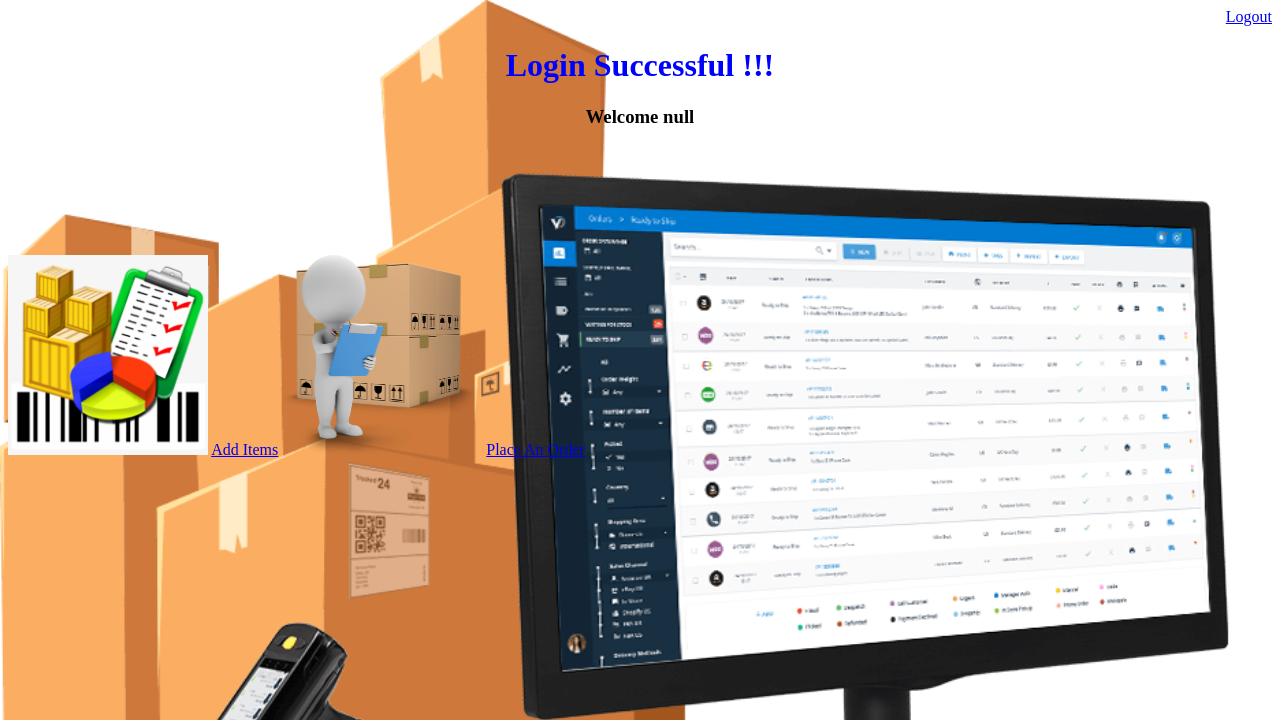
Repository: nirmaniPathiranage/CSSE-Procurement-Management
Page: http://localhost/Item_Management/Home.jsp
An editor plug-in stored every save of this project. The page is shown before and after the next save, followed by the edit.
The browser window is 1280 px wide. The pictures show the whole page.
The page is served by Tomcat 9. Other server files are loaded and not shown.

Above is the page before, as saved 2019-09-29 19:08:47.

### Item_Management/WebContent/Home.jsp
<%@ page language="java" contentType="text/html; charset=ISO-8859-1"
	pageEncoding="ISO-8859-1"%>
<!DOCTYPE html>
<html>
<head>
<meta http-equiv="Content-Type" content="text/html; charset=ISO-8859-1">
<title>Home Page</title>
<style>
body{

	background:url('bg4.png');
	background-size: cover;
}
</style>
</head>
<body>
	<div style="text-align: right">
		<a href="LogoutServlet">Logout</a>
	</div>
	<center>
		<h1>
			<font style="color: blue">Login Successful !!!</font>
		</h1>
	</center>
	<center>
		<h3>
			Welcome
			<%=session.getAttribute("userName")%>
		</h3>
		</center>
		<br><br><br><br><br><br>
<img src = "sales.png.jpg" height = "200px" width = "200px">
<a href = "AddItem.jsp">Add Items</a>
<img src = "warehouse-inventory-icon-6.png" height = "200px" width = "200px">
<a href = "PlaceOrder.jsp">Place An Order</a>
<br><br><br><br><br><br>
</body>
</html>

After the next save:
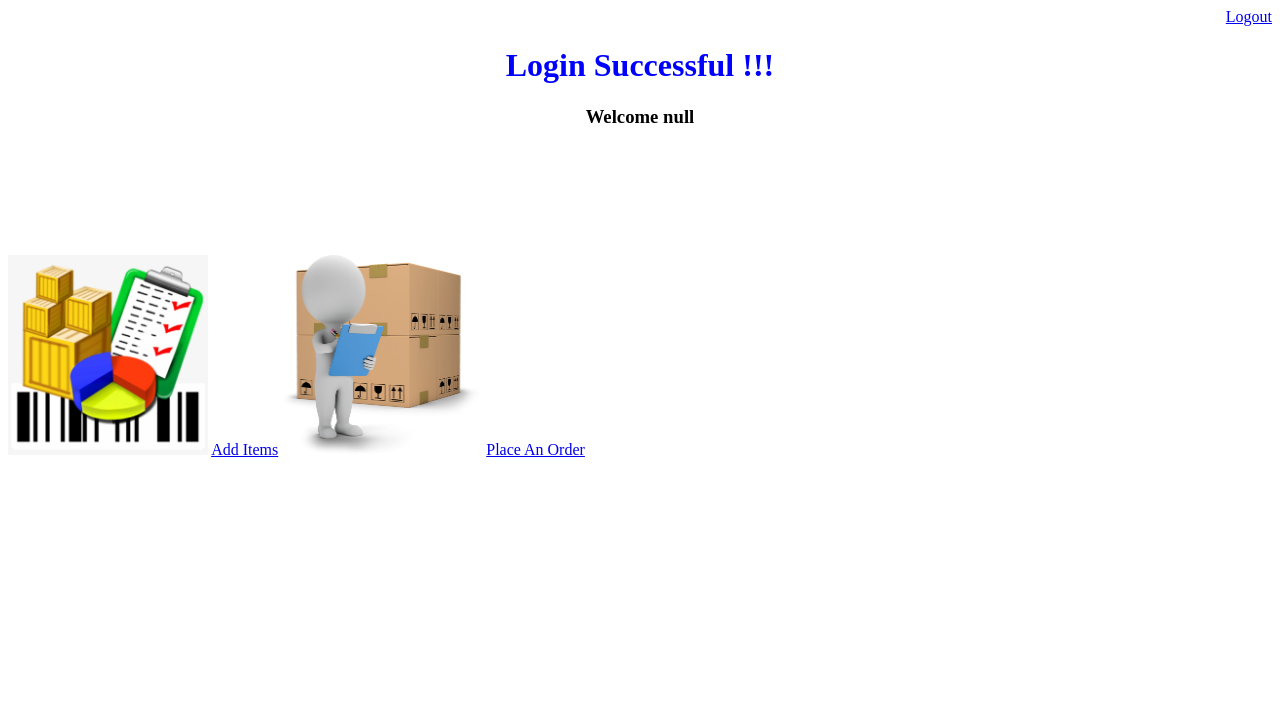
Not found: Item_Management/Item_Management/bg3.png
Saved 34 s later.
--- a/Item_Management/WebContent/Home.jsp
+++ b/Item_Management/WebContent/Home.jsp
@@ -8,7 +8,7 @@
 <style>
 body{
 
-	background:url('bg4.png');
+	background:url('bg3.png');
 	background-size: cover;
 }
 </style>

After the 2 saves that followed:
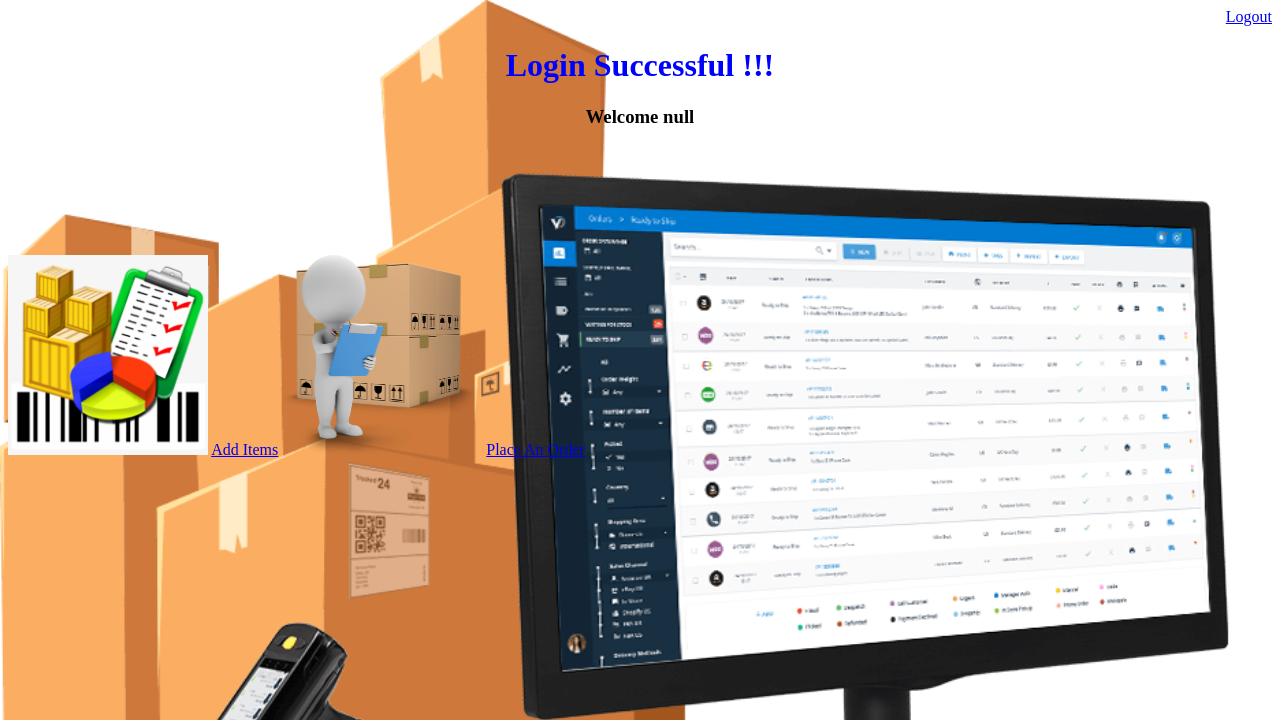
The 2 saves are shown as one change because 1 left the picture as it was.
The last was saved 55 s later.
--- a/Item_Management/WebContent/Home.jsp
+++ b/Item_Management/WebContent/Home.jsp
@@ -8,7 +8,7 @@
 <style>
 body{
 
-	background:url('bg3.png');
+	background:url('bg4.png');
 	background-size: cover;
 }
 </style>
